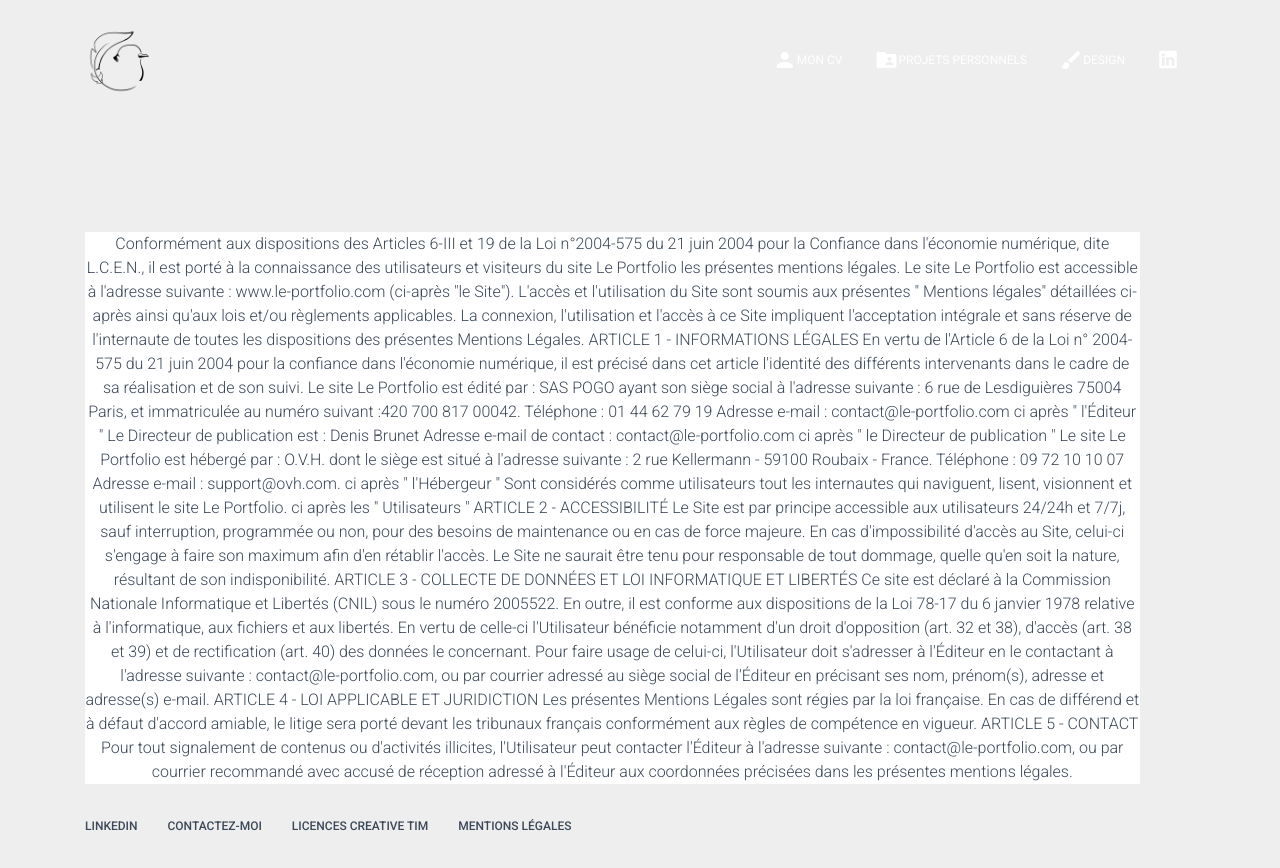
Repository: sdeschaepmeester/NewPortfolio
Page: /#/mentions
An editor plug-in stored every save of this project. The page is shown before and after the next save, followed by the edit.
The browser window is 1280 px wide. The pictures show the whole page.
Some web libraries are served in a nearby version. The project was rebuilt for these pictures with package versions that can differ from the ones it lists, and the page was loaded fresh each time. Also part of the build but not shown: vue.config.js, src/views/components/APropos.vue, src/views/components/NavigationSection.vue, src/views/components/SmallNavigationSection.vue, src/components/Dropdown.vue, src/components/Parallax.vue, src/components/Pagination.vue, src/components/Slider.vue and 14 more.

Above is the page before, as saved 2022-07-11 19:29:10.

After the next save:
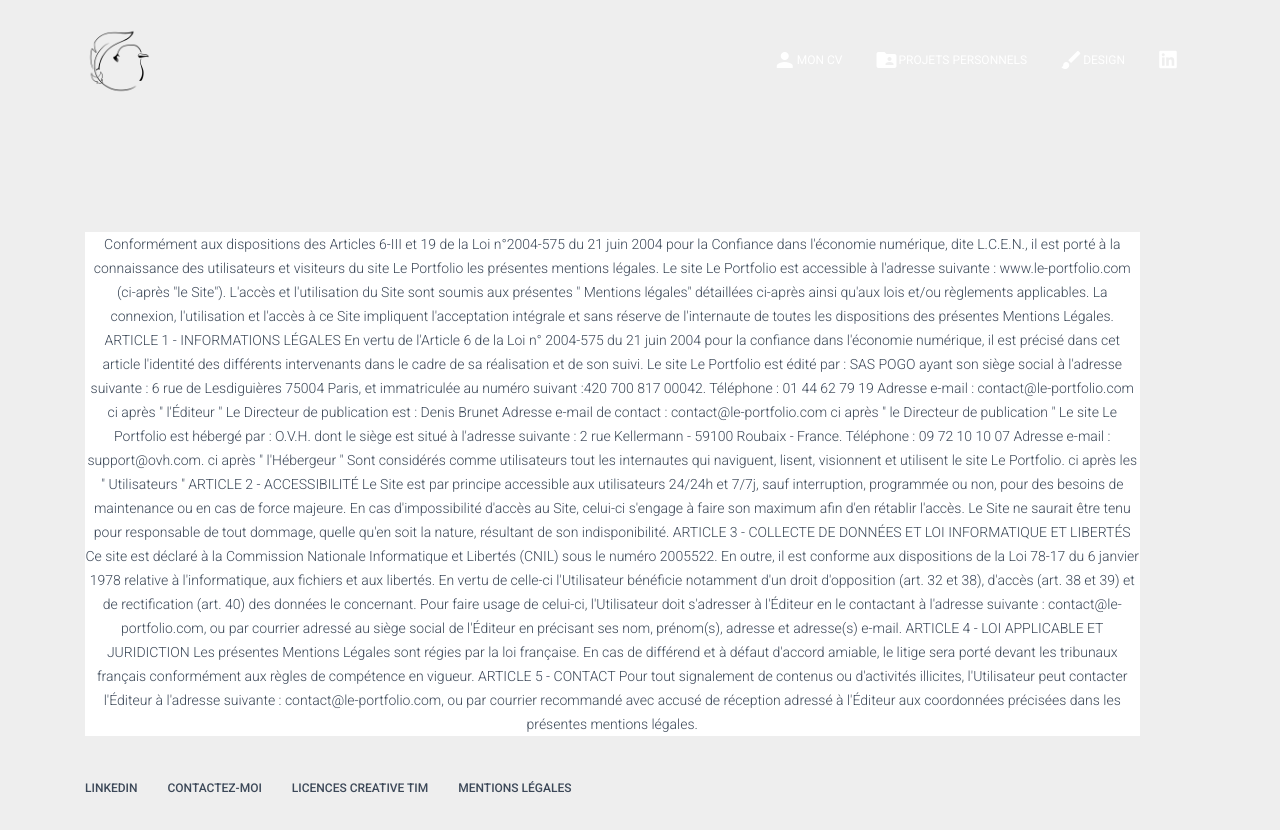
Saved 25 s later.
--- a/src/views/MentionsLegales.vue
+++ b/src/views/MentionsLegales.vue
@@ -15,7 +15,7 @@
           </div>
           <div class=" text-center">
             <div style="marginTop: 20%; backgroundColor: white; width: 95%;">
-
+<p style="fontSize: 10">
 Conformément aux dispositions des Articles 6-III et 19 de la Loi n°2004-575 du 21 juin 2004 pour la Confiance dans l'économie numérique, dite L.C.E.N., il est porté à la connaissance des utilisateurs et visiteurs du site Le Portfolio les présentes mentions légales.
 
 
@@ -101,7 +101,7 @@ Les présentes Mentions Légales sont régies par la loi française. En cas de d
 ARTICLE 5 - CONTACT
 
 Pour tout signalement de contenus ou d'activités illicites, l'Utilisateur peut contacter l'Éditeur à l'adresse suivante : contact@le-portfolio.com, ou par courrier recommandé avec accusé de réception adressé à l'Éditeur aux coordonnées précisées dans les présentes mentions légales.
-          </div></div></div>
+</p> </div></div></div>
 
     </div>
   </div>
